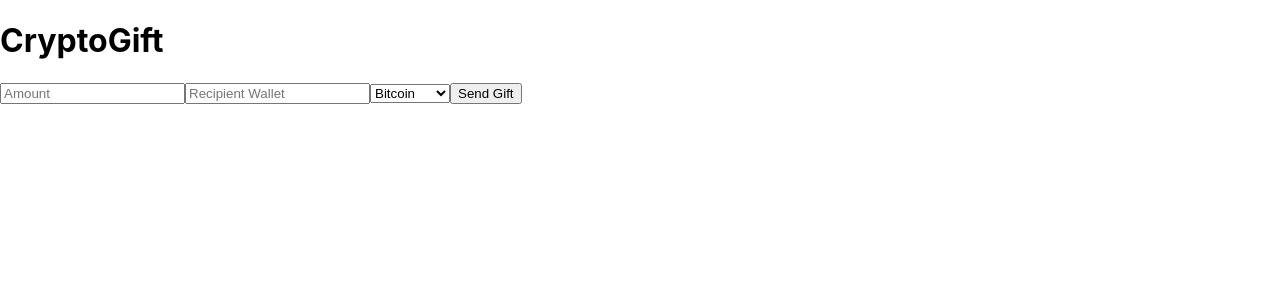
Repository: smnshzh/django-react-cryptogift
Page: / (app in cryptogift-frontend/)
An editor plug-in stored every save of this project. The page is shown before and after the next save, followed by the edit.
The browser window is 1280 px wide. The pictures show the whole page.
The project was rebuilt for these pictures with package versions that can differ from the ones it lists, and the page was loaded fresh each time.

Above is the page before, as saved 2024-09-26 23:15:39.

### cryptogift-frontend/src/App.js
import React from 'react';
import GiftForm from './components/GiftForm';

const App = () => {
    return (
        <div>
            <h1>CryptoGift</h1>
            <GiftForm />
        </div>
    );
};

export default App;

### cryptogift-frontend/src/components/GiftForm.js
import React, { useState } from 'react';
import axios from 'axios';

const GiftForm = () => {
    const [amount, setAmount] = useState('');
    const [recipientWallet, setRecipientWallet] = useState('');
    const [cryptocurrency, setCryptocurrency] = useState('Bitcoin');

    const handleSubmit = async (e) => {
        e.preventDefault();
        const giftData = { amount, recipient_wallet: recipientWallet, cryptocurrency };
        await axios.post('http://localhost:8000/api/gifts/', giftData);
        alert('Gift sent!');
    };

    return (
        <form onSubmit={handleSubmit}>
            <input type="number" value={amount} onChange={(e) => setAmount(e.target.value)} placeholder="Amount" required />
            <input type="text" value={recipientWallet} onChange={(e) => setRecipientWallet(e.target.value)} placeholder="Recipient Wallet" required />
            <select onChange={(e) => setCryptocurrency(e.target.value)}>
                <option value="Bitcoin">Bitcoin</option>
                <option value="Ethereum">Ethereum</option>
                <option value="Litecoin">Litecoin</option>
            </select>
            <button type="submit">Send Gift</button>
        </form>
    );
};

export default GiftForm;

### cryptogift-frontend/src/components/Login.js
import React, { useState } from 'react';
import axios from 'axios';

const Login = ({ onLogin }) => {
    const [username, setUsername] = useState('');
    const [password, setPassword] = useState('');
    const [error, setError] = useState('');

    const handleSubmit = async (e) => {
        e.preventDefault();
        try {
            const response = await axios.post('http://localhost:8000/auth/login/', {
                username,
                password,
            });

            localStorage.setItem('token', response.data.key);  // Store token in local storage
            onLogin();  // Call the onLogin function passed as a prop
        } catch (err) {
            console.log(err)
            setError('Invalid credentials. Please try again.');
        }
    };

    return (
        <div className="flex items-center justify-center h-screen bg-gray-100">
            <div className="bg-white p-8 rounded shadow-md w-96">
                <h2 className="text-2xl font-bold mb-6 text-center">Login</h2>
                {error && <p className="text-red-500 mb-4">{error}</p>}
                <form onSubmit={handleSubmit}>
                    <div className="mb-4">
                        <label className="block text-gray-700">Username</label>
                        <input
                            type="text"
                            value={username}
                            onChange={(e) => setUsername(e.target.value)}
                            placeholder="Username"
                            required
                            className="border border-gray-300 rounded w-full py-2 px-3 mt-1"
                        />
                    </div>
                    <div className="mb-4">
                        <label className="block text-gray-700">Password</label>
                        <input
                            type="password"
                            value={password}
                            onChange={(e) => setPassword(e.target.value)}
                            placeholder="Password"
                            required
                            className="border border-gray-300 rounded w-full py-2 px-3 mt-1"
                        />
                    </div>
                    <button type="submit" className="bg-blue-500 text-white rounded w-full py-2 hover:bg-blue-600">
                        Login
                    </button>
                </form>
            </div>
        </div>
    );
};

export default Login;

Loaded but not shown: cryptogift-frontend/public/index.html (common file); cryptogift-frontend/src/index.js (common file); cryptogift-frontend/src/index.css (common file); cryptogift-frontend/src/reportWebVitals.js (common file)

After the next save:
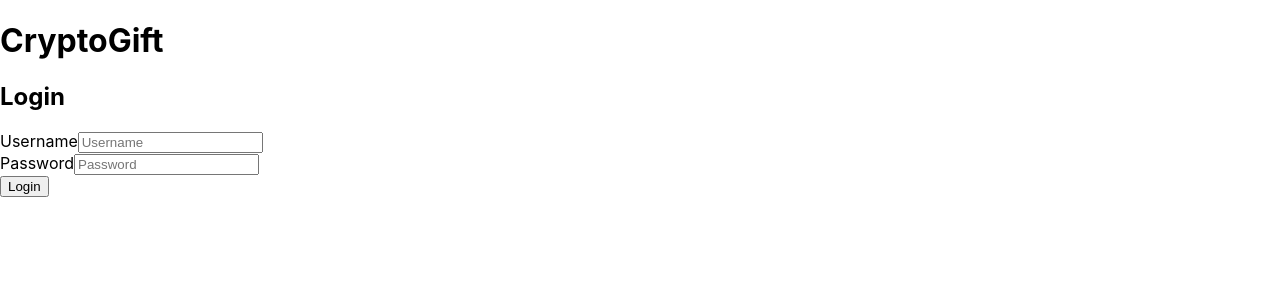
Saved 24 s later.
--- a/cryptogift-frontend/src/App.js
+++ b/cryptogift-frontend/src/App.js
@@ -1,11 +1,30 @@
-import React from 'react';
+import React, { useState } from 'react';
 import GiftForm from './components/GiftForm';
+import Login from './components/Login';
 
 const App = () => {
+    const [isAuthenticated, setIsAuthenticated] = useState(!!localStorage.getItem('token'));
+
+    const handleLogin = () => {
+        setIsAuthenticated(true);
+    };
+
+    const handleLogout = () => {
+        localStorage.removeItem('token');
+        setIsAuthenticated(false);
+    };
+
     return (
-        <div>
+        <div className="app-container">
             <h1>CryptoGift</h1>
-            <GiftForm />
+            {isAuthenticated ? (
+                <>
+                    <GiftForm />
+                    <button onClick={handleLogout}>Logout</button>
+                </>
+            ) : (
+                <Login onLogin={handleLogin} />
+            )}
         </div>
     );
 };
